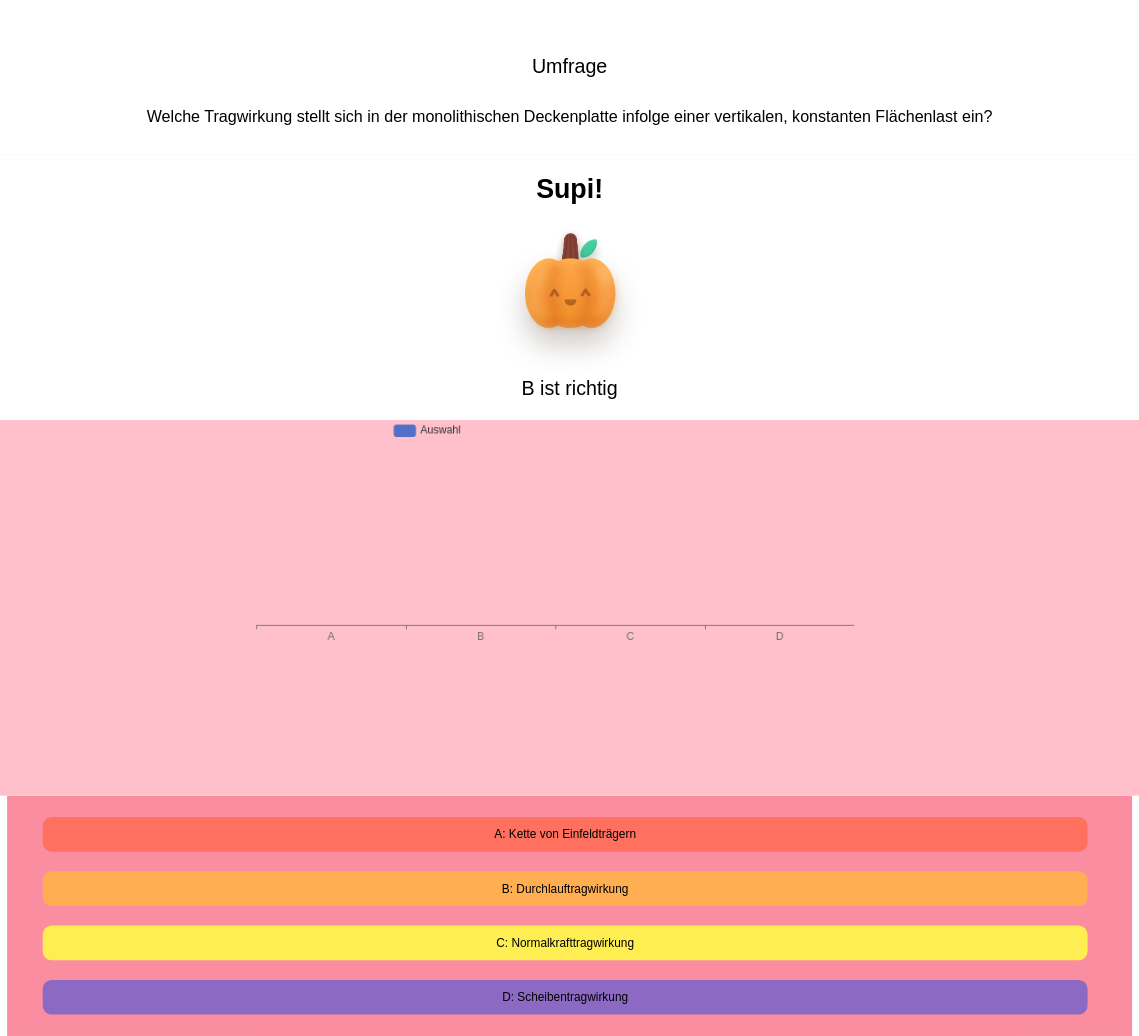
Repository: HyunraDate/Quinlan
Page: /Ergebnis1
The author's editor kept a copy of each file at every save. The page is drawn from the files as they stood at one save, then again after the next save.
The browser window is 1280 px wide. The pictures show the whole page, at 89% of full size.
The page's requests for data from a server got no answer. The project was rebuilt for these pictures with package versions that can differ from the ones it lists, and the page was loaded fresh each time. No one was signed in, and anything a server would have sent is missing. Also part of the build but not shown: vite.config.js, src/views/Ergebnis2.vue, src/views/Erklaerung.vue.

Above is the page before, as saved 2023-08-02 13:22:24.

### index.html
<!DOCTYPE html>
<html lang="en">
  <head>
    <meta charset="UTF-8" />
    <link rel="icon" type="image/svg+xml" href="/vite.svg" />
    <meta name="viewport" content="width=device-width, initial-scale=1.0" />
    <title>Pumpkin Elf</title>
  </head>
  <body>
    <div id="app"></div>
    <script type="module" src="src/main.js"></script>
    <script
    src="https://cdnjs.cloudflare.com/ajax/libs/echarts/5.4.1/echarts.min.js"
    integrity="sha512-OTbGFYPLe3jhy4bUwbB8nls0TFgz10kn0TLkmyA+l3FyivDs31zsXCjOis7YGDtE2Jsy0+fzW+3/OVoPVujPmQ=="
    crossorigin="anonymous"
    referrerpolicy="no-referrer">
    </script>

  </body>
</html>

### src/main.js
import { createApp } from 'vue'
// import './style.css'
import './utils/rem'
import App from './views/FragePage.vue'
import router from './router'
import * as echarts from 'echarts/core'

const app=createApp(App)//用const = 去挂载
app.use(router) //要先use哦
app.provide("ec", echarts);

// app.config.globalProperties.$axios = axios.create({
//     baseURL: 'http://localhost:8000', // 设置axios的基本URL
//     headers: {
//     // 设置axios请求的头部信息
//     }
// });

//createApp(app).mount('#app')
app.mount('#app')

### src/utils/rem.js
//rem等比适配配置文件
// 基准大小
const baseSize = 16
// 设置 rem 函数
function setRem () {
        // 当前页面宽度相对于 1920宽的缩放比例，可根据自己需要修改。
    const scale = document.documentElement.clientWidth / 1920
    // 设置页面根节点字体大小（“Math.min(scale, 2)” 指最高放大比例为2，可根据实际业务需求调整）
    document.documentElement.style.fontSize = baseSize * Math.min(scale, 2) + 'px'
    // 初始化
    setRem()
    // 改变窗口大小时重新设置
    rem.window.onresize = function () { setRem() }
}

### src/views/FragePage.vue
<!-- <template>
    <div>
    <div class="flex-col page">
        <div class="flex-col items-center">
          span class="font_1">Umfrage</span>
      <br/>

      <body onload="run()">
        wird in <span id="spanId" style="color:#FE9637">60</span>Sekunden springen!
      </body>
    </div>
</template> -->
<script>
// import { useStore } from '@store/index'
// //先引入useRouter
// import { useRouter } from 'vue-router'

// export default {
//   const store = useStore()
//   const router = useRouter()
//   //通过定义一个方法，使用Router进行跳转
//   const test =()=>
//   router.push()
// }

// import { useRouter , useRoute } from 'vue-router'

// setup(){
//     const $router=useRouter()
//     const $route=useRoute()

//     // 对象 $router.push()可以向history对象添加新记录
//     $router.push({ path: 'Ergebnis1' })
// }


// return {
//   store,
//   //这里暴露test方法
//   test
// }
// 页面一加载完成，该方法就会执行
// 读秒，一秒钟数字改变一次

// export default { 唔可以系setup度用
//   methods: {
//     scrollTo(target) {
//       const element = this.$refs[target];
//       element.scrollIntoView({ behavior: 'smooth' });
//     }
//   }
// }

var x = 60;
var select = "Step3.html";

function run(){
  // 获取到的是span标签的对象
  var span = document.getElementById("spanId");
  // 获取span标签中间的文本
  span.innerHTML = x;
  x--;
  // 再让run方法执行呢，一秒钟执行一次
  if(x < 0)window.location = select;
  else window.setTimeout("run()", 1000);

};

function test(click){
  select = click;
}

export default {
  data() {
    return {
      isDisabled: false,
      showButton: true,
    };
  },
  //Falls du die Btns nicht zeigen möchtest
  // beforeRouteEnter(to, from, next) {
  //   next(vm => {
  //     vm.showButton = false
  //   })
  // },
  // mounted() {
  //   // 在页面加载时显示按钮
  //   this.showButton = true;
  // },
  // beforeDestroy() {
  //   // 在页面销毁之前隐藏按钮
  //   this.showButton = false;
  // },

  methods:{
    option1:function(){
      console.log(this.$router);
      // this.$router.plus('/') 这里跳转不了欸
      //this.$router.push({path:"/"}) //传入对象 但也跳转不了欸 push!唔系plus啊死蠢！
      //this.showButton = false;

      //带参数
      this.$router.push({path:'/Ergebnis1'}) //成功跳转了！！okok!!
      //this.$router.push({name:"almond",params:{id:Chocolat}}) //传参 这里传不到欸 // 试一下传right
      },

      option2:function(){
        console.log(this.$router);
        //this.showButton = false; //hier zeigt die Button nicht mehr, wie du möchtest

        //带参数
        this.$router.push({path:'/Ergebnis2'}) //成功跳转了！！okok!!
        //如果要动态传参

        //this.$router.push({name:"Ergebnis2",params:{id:A}}) //传参 这里传不到欸 // 试一下传worong
      },

      onClick() {
        // 在点击事件监听器中禁用按钮
        this.isDisabled = true;
        // 在每个按钮上使用 v-bind:disabled 指令，将其值绑定为 isDisabled，
        //当 isDisabled 为 true 时，按钮将被禁用。
        console.log("Button clicked")
      },
  },


}
</script>

<template>
<body >
<div>
  <!-- <div class="flex-col page"> </div>  太占位啦！-->
    <div class="flex flex-col items-center">
    <br/><br/><br/>
    <span class="font_1">Umfrage</span>
    <!--style="{
      margin: 0;
      font-size: 1.38rem;
      font-family: Inter;
      line-height: 1.63rem;
      color: #000000;
      font-family: 'Work Sans', sans-serif;
      text-align: center;
      }"-->
    <!-- <br/><br/> -->
    <span class="text">
    Welche Tragwirkung stellt sich in der monolithischen Deckenplatte infolge einer vertikalen, konstanten
    Flächenlast ein?
    </span>
  <router-view/>

<!-- onload="run()" 这里加载不了 这个onload function欸-->
<!-- wird in <span id="spanId" style="color:#FE9637">60</span>Sekunden springen! -->
</div>



<!-- 要页面跳转了
1、 router-link: <router-link to='/testDemo'>
                <button>点击跳转2</button>
                </router-link>

2、 this.$router.push('/a')
3、 get params ->  console.log(this.$route.params.a); -->
<div class="flex-col group space-y-22">

  <!-- <router-link to="Ergebnis2"><button class="flex-col justify-start items-center text-wrapper " type="submit">A: Kette von Einfeldträgern</button></router-link> -->
  <!-- <button class="flex-col justify-start items-center text-wrapper " type="submit" a href="Step3.html">A: Kette von Einfeldträgern</button> -->


  <!-- <router-link to="Ergebnis1"><button class="flex-col justify-start items-center text-wrapper_2 " type="submit">B: Durchlauftragwirkung</button></router-link> -->

  <!-- <router-link to="Ergebnis2"><button class="flex-col justify-start items-center text-wrapper_3" type="button">C: Normalkrafttragwirkung</button>
  </router-link> -->
<button v-on:click="onClick" :disabled="isDisabled" v-if="showButton" id ="A" class="flex-col justify-start items-center text-wrapper " type="submit" @click="option2">A: Kette von Einfeldträgern</button>

<button v-on:click="onClick" :disabled="isDisabled" v-if="showButton" id ="B" class="flex-col justify-start items-center text-wrapper_2" type="button" @click="option1">B: Durchlauftragwirkung</button>

<button v-on:click="onClick" :disabled="isDisabled" v-if="showButton" id ="C" class="flex-col justify-start items-center text-wrapper_3" type="button" @click="option2">C: Normalkrafttragwirkung</button>

<button v-on:click="onClick" :disabled="isDisabled" v-if="showButton" id ="D" class="flex-col justify-start items-center text-wrapper_4" type="button" @click="option2">D: Scheibentragwirkung</button>
</div>
</div>

</body>
</template>

<style scoped>
@import url("../css/halloween.css"); /*src = . */
/* .font_1{ /* didnt work
  position: center;
  } */

/*
使用深度选择器来写使样式生效。
有两种写法：

.a >>> .b {}
.a /deep/ .b
当你子组件使用了 scoped 但在父组件又想修改子组件的样式可以 通过 >>> 来实现：

<style scoped>
.a >>> .b { /* ...


将会编译成
.a[data-v-f3f3eg9] .b {
  /* ... */

</style>

### src/router/index.js
import {
    createRouter,
    createWebHashHistory,
    createWebHistory
  } from 'vue-router'

  // 1. 定义路由组件.
  // 也可以从其他文件导入

  // import Home from '../views/Home.vue'
  // import App from './App.vue' 原App好像不需要引入？
  import FragePage from '../views/FragePage.vue'
  import Ergebnis1 from '../views/Ergebnis1.vue' //1=true
  import Ergebnis2 from '../views/Ergebnis2.vue' //2=falsh
  import Erklaerung  from '../views/Erklaerung.vue'

  //import Step3 from '../views/Step3.html'


  //路由懒加载，用到时再加载（咪时好大，load又耐）
  // const About=()=>import('../views/About.vue') //然后Home放在下面path component后面就行啦
  //我加载不到惹

  // 2. 定义一些路由
  // 每个路由都需要映射到一个组件。
  // 我们后面再讨论嵌套路由。(hier写路由表)
  const routes = [

    /*{
      path:"/.id",
      redirect:(to)=>{
        console.log(to);
        return{path:"/.home"}
      } //都跳转不了欸 No match found for location with path "/home"
    },
    */

    /*{
      path: '/about',
      redirect: (to)=> {
        return {
          path: '/'
        }
      }
    },*/

    // { //这个Home的Hey已经能加载出来了欸
    //   path: '/',
    //   name:"home",
    //   component: Home
    // },

    {
        path: '/FragePage',
        component: FragePage
    },



  //   { path: '/about',
  //   component: About },

  //   { path: '/OptionA/:id', //路径参数 用冒号 : 表示。当一个路由被匹配时，它的 params 的值将在每个组件中以 this.$route.params 的形式暴露出来。
  //   component: OptionA },

    {
      path: "/Ergebnis1", //Ergebnis也成功挂载到了！
      component: Ergebnis1
    },
    {
      path: "/Ergebnis2", //Ergebnis也成功挂载到了！
      component: Ergebnis2
    },


    //Set动态路由 因为选项ABCD

    //     path: "/Sweet/:id*", //this is 动态参数啦 d.h 动态路由啦， i dont care what id u r ~
    //     //参数可有可无，但参数不能重复叠加
    //     //path:"/sweet/id?",
    //     component: Sweet
    //   },
    // {
    //   path: "/Step3", //这里要双引号哦
    //   component: Step3
    // },

    {
      path: "/Erklaerung", //这里要双引号哦
      component: Erklaerung
    },

    //   {
    //     path: "/Piggie",
    //     alias: ['/Airi','/Kazeo'], //你嘅nickname, two or more就用数组, 直接系导航栏输入path就得啦
    //     component: Piggie //为什么Piggie的子页面跳转不出来？而是home ->重新打Piggie的内容刷新就得啦！
    //   },

    //   {
    //     name: "almond", //路由名就叫sweet
    //     path: "/Sweet/:id*", //this is 动态参数啦 d.h 动态路由啦， i dont care what id u r ~
    //     //参数可有可无，但参数不能重复叠加
    //     //path:"/sweet/id?",
    //     component: Sweet
    //   },

    //   {
    //     //动态路由 参数一定是数字
    //     path: "/alcohol/:id",
    //     component: Alcohol,
    //     props:true
    //   },
  ]

  // 3. 创建路由实例并传递 `routes` 配置
  // 你可以在这里输入更多的配置，但我们在这里
  // 暂时保持简单
  const router = createRouter({
    // 4. 内部提供了 history 模式的实现。为了简单起见，我们在这里使用 hash 模式。 (Hash有#)
    //**hash不会向服务器发送请求！ */
    //history: createWebHashHistory(),

    //为了漂亮就用History模式，这样路径里就没有#号啦
    history: createWebHistory(),
    routes, // `routes: routes` 的缩写
  })

  //This is 全局守卫 （全球守卫）
  router.beforeEach((to, form, next) => {
    console.log(to);
    console.log(form);
    next()//like通行证
  })


  export default router

### src/css/halloween.css
/* 语法 @media mediaType and|not|only (media feature) {
  /*CSS-Code;*/
  /* 3、css中的vh和vm
  vh和vm是相对视口区域的宽高，即浏览器可视区域

  vw：1vw等于视口宽度的1%。
  vh：1vh等于视口高度的1%。

  使用场景：页面头部和尾部固定，中间内容若高度超出，则出现滚动条，但是整个页面不出现滚动条，
  在此情况下就要计算中间内容的高度，可以使用vh解决 */

  /* :root { why didnt work??
  font-family: 'Work Sans', sans-serif;
  line-height: 1.5;
  font-weight: 400;

  color-scheme: light dark;
  color: rgba(255, 255, 255, 0.87);
  background-color: #242424;

  font-synthesis: none;
  text-rendering: optimizeLegibility;
  -webkit-font-smoothing: antialiased;
  -moz-osx-font-smoothing: grayscale;
  -webkit-text-size-adjust: 100%;
  } */

  /* // 最大宽度为1280 （width-max: 1280）*/
@media (width: 100vw) {
  html {
    font-size: 1.88rem;
    font-weight: 500;
    font-family: 'Work Sans', sans-serif;
  }

  body {
    /* background: pink; */
    background: #ffffff;
    height:100vh;
    margin: 0;
    -webkit-font-smoothing: antialiased;
    -moz-osx-font-smoothing: grayscale;

  }

  body * {
    box-sizing: border-box;
    flex-shrink: 0;
  }

  button {
    border-width: 0px;
    border-radius: 0.63rem;
  }
  button:hover{
    border:2px solid #FE9637;
    box-shadow:rgba(251, 161, 72, 0.66) 0 0 5px;
    transition:all .2s;
  }
  .flex-row {
    display: flex;
    flex-direction: row;
  }

  .flex-col {
    display: flex;
    flex-direction: column;
  }

  .justify-start {
    justify-content: flex-start;
  }

  .justify-end {
    justify-content: flex-end;
  }

  .justify-center {
    justify-content: center;
  }

  .justify-between {
    justify-content: space-between;
  }

  .justify-around {
    justify-content: space-around;
  }

  .justify-evenly {
    justify-content: space-evenly;
  }

  .items-start {
    align-items: flex-start;
  }

  .items-end {
    align-items: flex-end;
  }

  .items-center {
    align-items: center;
  }

  .items-baseline {
    align-items: baseline;
  }

  .items-stretch {
    align-items: stretch;
  }

  .self-start {
    align-self: flex-start;
  }

  .self-end {
    align-self: flex-end;
  }

  .self-center {
    align-self: center;
  }

  .self-baseline {
    align-self: baseline;
  }

  .self-stretch {
    align-self: stretch;
  }

  .flex-1 {
    flex: 1 1 0%;
  }

  .flex-auto {
    flex: 1 1 auto;
  }

  .grow {
    flex-grow: 1;
  }

  .grow-0 {
    flex-grow: 0;
  }

  .shrink {
    flex-shrink: 1;
  }

  .shrink-0 {
    flex-shrink: 0;
  }

  .relative {
    position: relative;
  }

  .font_1 {
    font-size: 1.38rem;
    font-family: Inter;
    line-height: 1.63rem;
    color: #000000;
    font-family: 'Work Sans', sans-serif;
    text-align: center;
  }

  .text {
    margin: 2rem;
    color: #000000;
    font-size: 1.13rem;
    font-family: Inter;
    line-height: 1.38rem;
    text-align: center;
    font-family: 'Work Sans', sans-serif;
  }
  /* .group {
    margin-top: 2rem;
    padding: 0 1.88rem;
  } */
  /* .space-y-22 > *:not(:first-child) {
    margin-top: 1.38rem;
  } */
  .text-wrapper {
    margin-right: 0.63rem;
    padding: 0.75rem 0;
    background-color: #FF715E;
  }
  .font_2 {
    font-size: 1rem;
    font-family: Inter;
    line-height: 0.97rem;
    color: #000000;
    font-family: 'Work Sans', sans-serif;
  }
  .text-wrapper_2 {
    margin-right: 0.63rem;
    padding: 0.75rem 0;
    background-color: #ffaf51;
    outline: none;
  }
  .text-wrapper_3 {
    margin-right: 0.63rem;
    padding: 0.75rem 0;
    background-color: #FFEE51;
  }
  .text-wrapper_4 {
    margin-right: 0.63rem;
    padding: 0.75rem 0;
    background-color: #8C6AC4;
  }
}
.group {
  padding-top: 1.5rem ;
  padding-bottom: 1.5rem ;
  padding-left: 2.5rem;
  padding-right: 2.5rem;
  background-color: #FB8DA0;
}

/* inportant! space between every Options! */
.space-y-22 > *:not(:first-child) {
  margin-top: 1.38rem;
}

### src/views/Ergebnis1.vue
<template>
  <html lang="en">
    <!-- <head>
    <meta charset="UTF-8" />
    <meta http-equiv="X-UA-Compatible" content="IE=edge" />
    <meta name="viewport" content="width=device-width, initial-scale=1.0" />
    <title>codefun</title>
    <link rel="stylesheet" href="./Step3.Ai.css" /> -->

    <!-- 需要需要！ 就算——我在main.js已经import了echarts了
    <script src="node_modules/echarts/dist/echarts.min.js"></script>
    <script src="https://cdnjs.cloudflare.com/ajax/libs/echarts/5.4.1/echarts.min.js"
    integrity="sha512-OTbGFYPLe3jhy4bUwbB8nls0TFgz10kn0TLkmyA+l3FyivDs31zsXCjOis7YGDtE2Jsy0+fzW+3/OVoPVujPmQ=="
    crossorigin="anonymous"
    referrerpolicy="no-referrer"></script>

  </head>-->
    <body>
      <div class="flex-col items-center page">
        <span class="text">Supi!</span>
        <img src="../images/right.png" img class="image" @click="goPage" />
        <span class="text_2">B ist richtig</span>
      </div>

      <!--为Chart准备定义了宽高的DOM-->
      <!-- <div class="echartsBox" ref="echartsBox"> 初始化Echarts 峰华老师的方法 使用props传参 -->
      <div
        id="myEcharts"
        ref="echartsBox"
        :style="// muss hier id & ref gleich?
        {
          width: '75%',
          height: '300px',
          // margin: auto,
          // display: flex,
          // justify-content: center,
          // align-items: center
        }">
      </div>
    </body>
  </html>

  <!-- <div> -->
  <!-- <a href="../views/Erklaerung.vue" target="_blank"> -->
  <!-- <img src="../images/right.png" class="richtig" alt="Vite logo" @click="goPage"/> -->
  <!-- </a> -- Vue不用a标签的>
    <a href="https://vuejs.org/" target="_blank">
      <img src="../assets/vue.svg" class="logo vue" alt="Vue logo" />
    </a> -->
  <!-- </div> -->
  <!-- <HelloWorld msg="Vite + Vue" /> -->
</template>

<script>
import * as echarts from "echarts";
import { reactive, ref, onMounted, onUnmounted, nextTick } from "vue";
import axios from "axios";

export default {
  methods: {
    goPage: function () {
      console.log(this.$router);
      // this.$router.plus('/') 这里跳转不了欸
      //this.$router.push({path:"/"}) //传入对象 但也跳转不了欸 push!唔系plus啊死蠢！

      //带参数
      this.$router.push({ path: "/Erklaerung" }); //成功跳转了！！okok!!
      //this.$router.push({name:"almond",params:{id:Chocolat}}) //传参 这里传不到欸
    },
  },

  setup() {
    let chart;

    var state = reactive({
      data: [], //这里定义了data的类型是array
      dataType: "json", //返回数据形式为json but didnt work?
      option: {
        // title: {
        //   text: "Umfrage",
        //   color: "#FE9637",
        // },
        tooltip: {},
        legend: {
          //data: ["Auswahl"],
          //series里面有name值， legend里面的data可以删掉
        },
        grid: {
          left: "30%",
          top: "10%",
          right: "auto", //ok了！？
          // left: left,
          // top: top,
          // right: 'auto',
          // bottom: 'auto',
          containLebel: true, //显示刻度，不显示就false
        },

        style: {
          width: "75%",
          height: "100%",
          margin: 0,
          //到底写在哪里啊style@media
        },

        xAxis: {
          type: "category",
          data: ["A", "B", "C", "D"],
        },
        yAxis: {
          type: "value",
          //data: state.values, 这里不显示的 要在下面series显示
        },
        series: [
          {
            name: "Auswahl",
            type: "bar",
            data: [],
            //If 传的是Proxy对象，proxy代理了Child对象，所以我们访问的是proxy代理对象的自身属性，因此不需要.value
            //ref的值在 JS/TS 中读取和修改时，需要使用 .value获取，在模版中读取是，不需要使用 .value
            itemStyle: {
              //通常情况下：
              normal: {
                //每个柱子的颜色即为colorList数组里的每一项，如果柱子数目多于colorList的长度，则柱子颜色循环使用该数组
                color: function (params) {
                  var colorList = [
                    "#ff715e",
                    "#ffaf51",
                    "#ffee51",
                    "#8c6ac4",
                    "#715c87",
                  ];
                  return colorList[params.dataIndex];
                },
              },
              //鼠标悬停时：
              emphasis: {
                shadowBlur: 10,
                shadowOffsetX: 0,
                shadowColor: "rgba(251, 161, 72, 0.66)",
              },
            },
          },
        ],
      },
    });

    /// 声明定义一下echart
    let echart = echarts;

    onMounted(() => {
      initChart(); //initChart报错惹
      axios
        .get("http://localhost:8000/question1")
        .then((res) => {
          // state.data = res.data;
          state.option.series[0].data = res.data;
          nextTick(() => {
            chart.setOption(state.option);
          });
        })
        .catch((error) => {
          console.log(error); //没有报错表示成功了！
        });
    });

    onUnmounted(() => {
      echart.dispose;
    });

    // 基础配置一下Echarts
    function initChart() {
      chart = echart.init(document.getElementById("myEcharts")); //initChart报错惹
      // 把配置和数据放这里
      chart.setOption(state.option);

      //Pink老师教的方法
      window.addEventListener("resize", function () {
        chart.resize();
      });
    }
    onUnmounted(() => {
      chart.dispose();
    });
    return { initChart, state };
  },
};
</script>

<style scoped>
@import url("../css/Step3b.css"); /*src = . */
</style>

### src/css/Step3b.css
@media (width: 100vw) {
  html {
    font-size: 16px;
  }

  body {
    background: pink;
    margin: 0;
    font-family: -apple-system, BlinkMacSystemFont, 'Segoe UI', 'Roboto', 'Oxygen', 'Ubuntu', 'Cantarell', 'Fira Sans',
        'Droid Sans', 'Helvetica Neue', 'Microsoft Yahei', sans-serif;
    -webkit-font-smoothing: antialiased;
    -moz-osx-font-smoothing: grayscale;
    width: 100vw;
    height: 100vh;
  }

  body * {
    box-sizing: border-box;
    flex-shrink: 0;
  }

/*
html {
    font-size: 16px;
  }
   */
  /* body {
    margin: 0;
    font-family: -apple-system, BlinkMacSystemFont, 'Segoe UI', 'Roboto', 'Oxygen', 'Ubuntu', 'Cantarell', 'Fira Sans',
      'Droid Sans', 'Helvetica Neue', 'Microsoft Yahei', sans-serif;
    -webkit-font-smoothing: antialiased;
    -moz-osx-font-smoothing: grayscale;
    width: 100vw;
    height: 100vh;
  } */

  body * {
    box-sizing: border-box;
    flex-shrink: 0;
  }

  .echarts-box {
    text-align:center;
  }

  /* canvas {
    text-align:center;
  } */

  .flex-row {
    display: flex;
    flex-direction: row;
  }

  .flex-col {
    display: flex;
    flex-direction: column;
  }

  .justify-start {
    justify-content: flex-start;
  }

  .justify-end {
    justify-content: flex-end;
  }

  .justify-center {
    justify-content: center;
  }

  .justify-between {
    justify-content: space-between;
  }

  .justify-around {
    justify-content: space-around;
  }

  .justify-evenly {
    justify-content: space-evenly;
  }

  .items-start {
    align-items: flex-start;
  }

  .items-end {
    align-items: flex-end;
  }

  .items-center {
    align-items: center;
  }

  .items-baseline {
    align-items: baseline;
  }

  .items-stretch {
    align-items: stretch;
  }

  .self-start {
    align-self: flex-start;
  }

  .self-end {
    align-self: flex-end;
  }

  .self-center {
    align-self: center;
  }

  .self-baseline {
    align-self: baseline;
  }

  .self-stretch {
    align-self: stretch;
  }

  .flex-1 {
    flex: 1 1 0%;
  }

  .flex-auto {
    flex: 1 1 auto;
  }

  .grow {
    flex-grow: 1;
  }

  .grow-0 {
    flex-grow: 0;
  }

  .shrink {
    flex-shrink: 1;
  }

  .shrink-0 {
    flex-shrink: 0;
  }

  .relative {
    position: relative;
  }

  .page {
    padding: 1.5rem ;
    /* 调整上下边距的值(hier 四边都是1.5rem) 原值：31.38rem */
    /* padding-top: 2rem; /* 调整上边距大小 */
    /* padding-bottom: 2rem; /* 调整下边距大小 */
    /* background-color: #ff00ff; */
    background: #ffffff;
    /* width: 100%;
    overflow-y: auto;
    overflow-x: hidden;
    height: 100%; */
  }
  .text {
    color: #000000;
    font-size: 1.88rem;
    font-family: Inter;
    font-weight: 700;
    line-height: 1.81rem;
    font-family: 'Work Sans', sans-serif;
  }
  .image {
    margin-top: 1.63rem;
    width: 11.13rem;
    height: 10.81rem;
  }
  .text_2 {
    /* margin-top: 1rem; */
    color: #000000;
    font-size: 1.38rem;
    font-family: Inter;
    line-height: 1.34rem;
    font-family: 'Work Sans', sans-serif;
  }
}

After the next save:
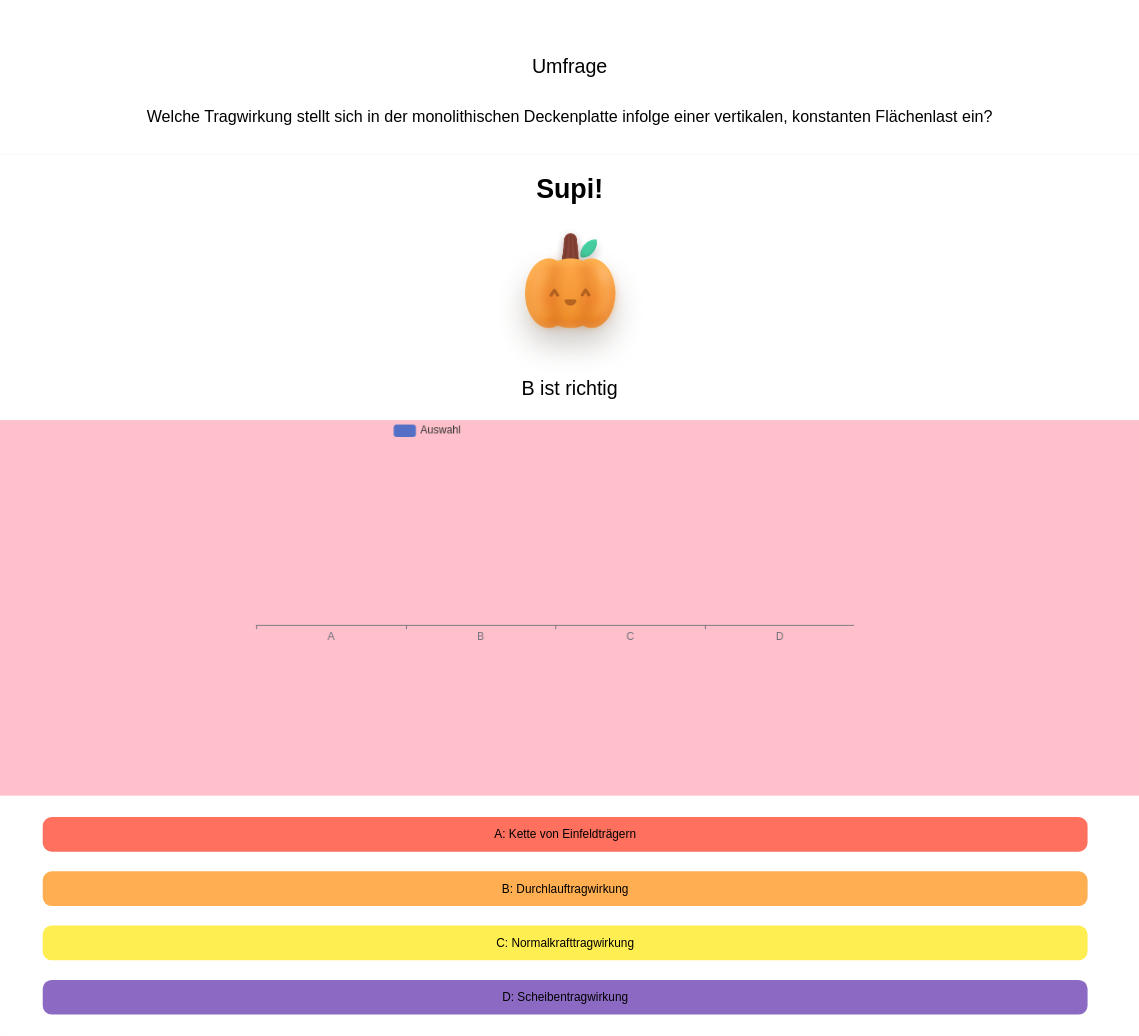
Saved 23 s later.
--- a/src/css/halloween.css
+++ b/src/css/halloween.css
@@ -218,7 +218,8 @@
   padding-bottom: 1.5rem ;
   padding-left: 2.5rem;
   padding-right: 2.5rem;
-  background-color: #FB8DA0;
+  /* background-color: #FB8DA0; */
+  background-color: #ffffff;
 }
 
 /* inportant! space between every Options! */
